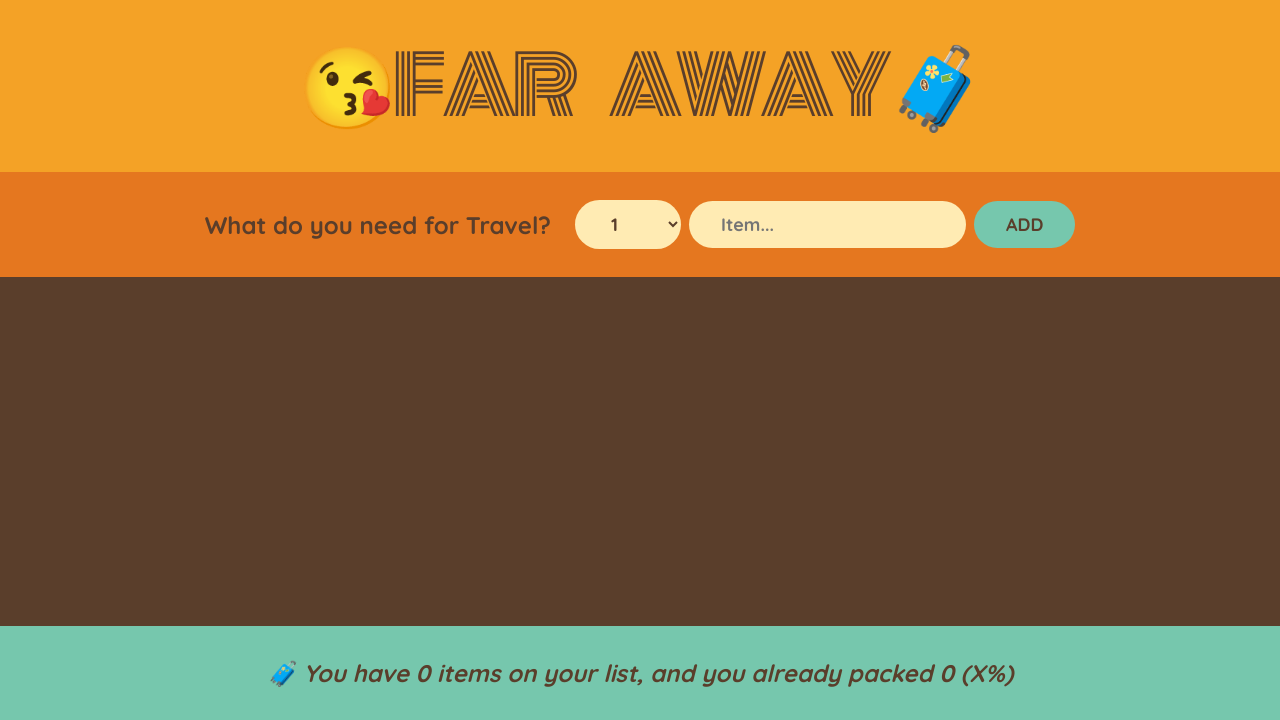
Repository: masamichan/Travel-list
Page: /
An editor plug-in stored every save of this project. The page is shown before and after the next save, followed by the edit.
The browser window is 1280 px wide. The pictures show the whole page.
The project was rebuilt for these pictures with package versions that can differ from the ones it lists, and the page was loaded fresh each time.

Above is the page before, as saved 2024-01-06 12:49:12.

### src/App.js
import { useState } from "react";

export default function App() {
  const [items, setItems] = useState([]);

  function handleAddItems(item) {
    setItems((items) => [...items, item]);
  }

  function handleDelete(id) {
    setItems((items) => items.filter((item) => item.id !== id));
  }

  function handleToggleItem(id) {
    setItems((items) =>
      items.map((item) =>
        item.id === id ? { ...item, packed: !item.packed } : item
      )
    );
  }

  return (
    <div className="app">
      <Logo />
      <Form onAddItems={handleAddItems} />
      <PackingList
        items={items}
        onDeleteItem={handleDelete}
        onToggleItem={handleToggleItem}
      />
      <Stats items={items} />
    </div>
  );
}

function Logo() {
  return <h1>😘Far Away🧳</h1>;
}

function Form({ onAddItems }) {
  const [description, setDescription] = useState("");
  const [quantity, setQuantity] = useState(1);

  function handleSubmit(e) {
    e.preventDefault();

    if (!description) return;

    const newItem = { description, quantity, packed: false, id: Date.now() };

    onAddItems(newItem);
    setDescription("");
    setQuantity(1);
  }

  return (
    <form className="add-form" onSubmit={handleSubmit}>
      <h3>What do you need for Travel?</h3>
      <select
        value={quantity}
        onChange={(e) => setQuantity(Number(e.target.value))}
      >
        {Array.from({ length: 20 }, (_, i) => i + 1).map((num) => (
          <option value={num} key={num}>
            {num}
          </option>
        ))}
      </select>
      <input
        type="text"
        placeholder="Item..."
        value={description}
        onChange={(e) => setDescription(e.target.value)}
      />
      <button>Add</button>
    </form>
  );
}

function PackingList({ items, onDeleteItem, onToggleItem }) {
  return (
    <div className="list">
      <ul>
        {items.map((item) => (
          <Item
            item={item}
            onDeleteItem={onDeleteItem}
            onToggleItem={onToggleItem}
            key={item.id}
          />
        ))}
      </ul>
    </div>
  );
}

function Item({ item, onDeleteItem, onToggleItem }) {
  return (
    <li>
      <input
        type="checkbox"
        value={item.checked}
        onChange={() => onToggleItem(item.id)}
      />
      <span style={item.packed ? { textDecoration: "line-through" } : {}}>
        {item.quantity}
        {item.description}
      </span>
      <button onClick={() => onDeleteItem(item.id)}>❌</button>
    </li>
  );
}

function Stats({ items }) {
  const numItems = items.length;
  const numPacked = items.filter((item) => item.packed).length;
  const percentage = Math.round((numPacked / numItems) * 100);

  return (
    <footer className="stats">
      <em>
        🧳 You have {numItems} items on your list, and you already packed {""}
        {numPacked} (X%)
      </em>
    </footer>
  );
}

Loaded but not shown: public/index.html (common file); src/index.js (common file); src/index.css (common file)

After the next save:
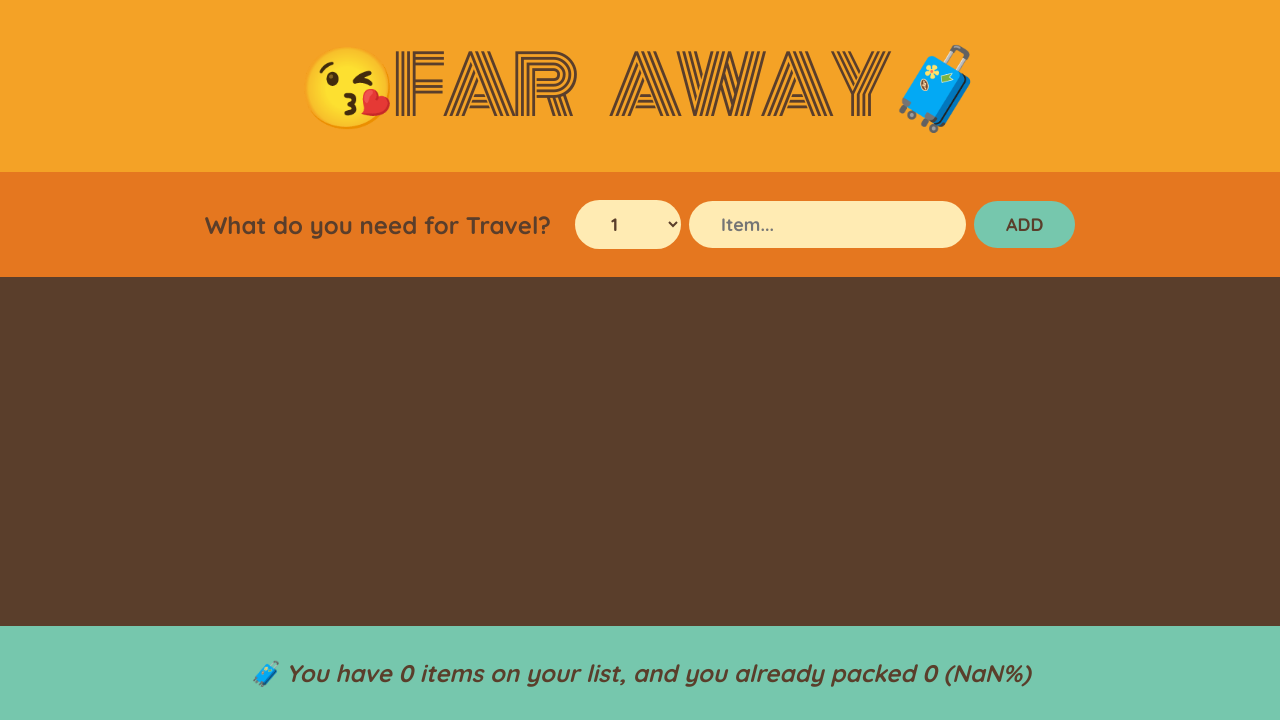
Saved 47 s later.
--- a/src/App.js
+++ b/src/App.js
@@ -120,7 +120,7 @@
     <footer className="stats">
       <em>
         🧳 You have {numItems} items on your list, and you already packed {""}
-        {numPacked} (X%)
+        {numPacked} ({percentage}%)
       </em>
     </footer>
   );
